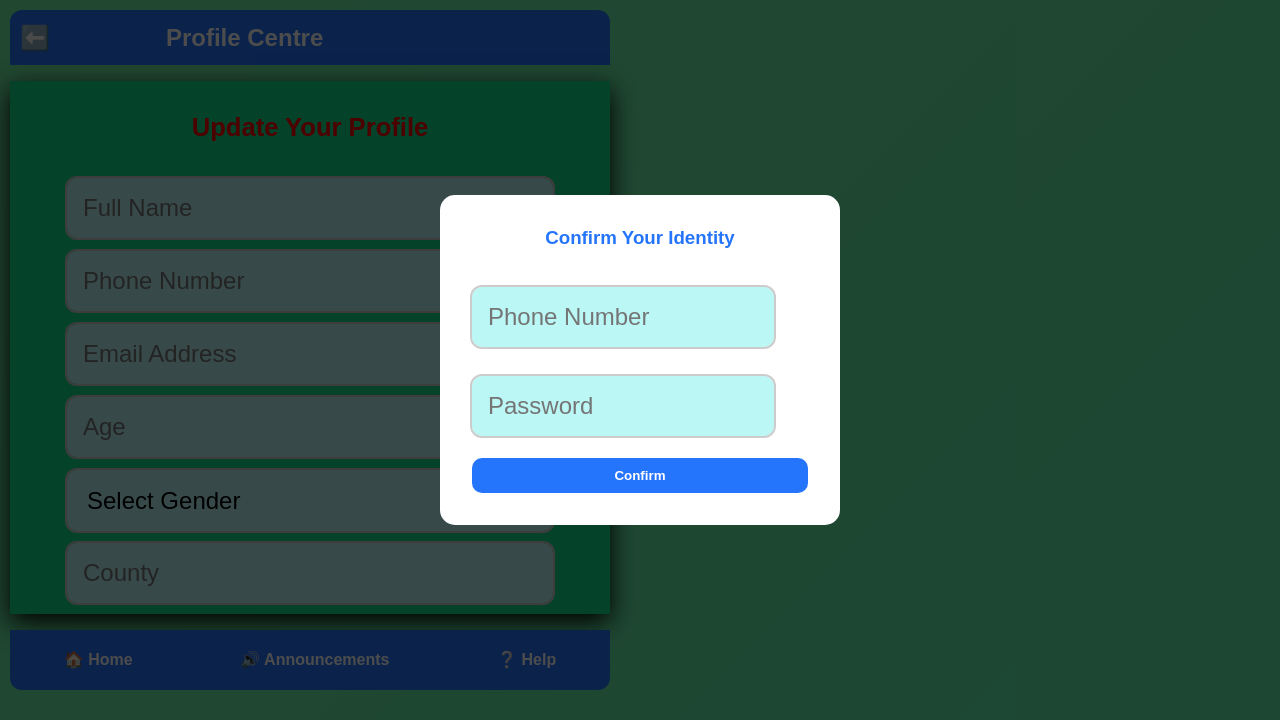
Repository: Amani-Kibet/express-app-web
Page: pages/profileCentre.html
The author's editor kept a copy of each file at every save. The page is drawn from the files as they stood at one save, then again after the next save.
The browser window is 1280 px wide. The pictures show the whole page.
An inner scrolling area shows only its first screen.

Above is the page before, as saved 2025-10-08 17:00:43.

After the next save:
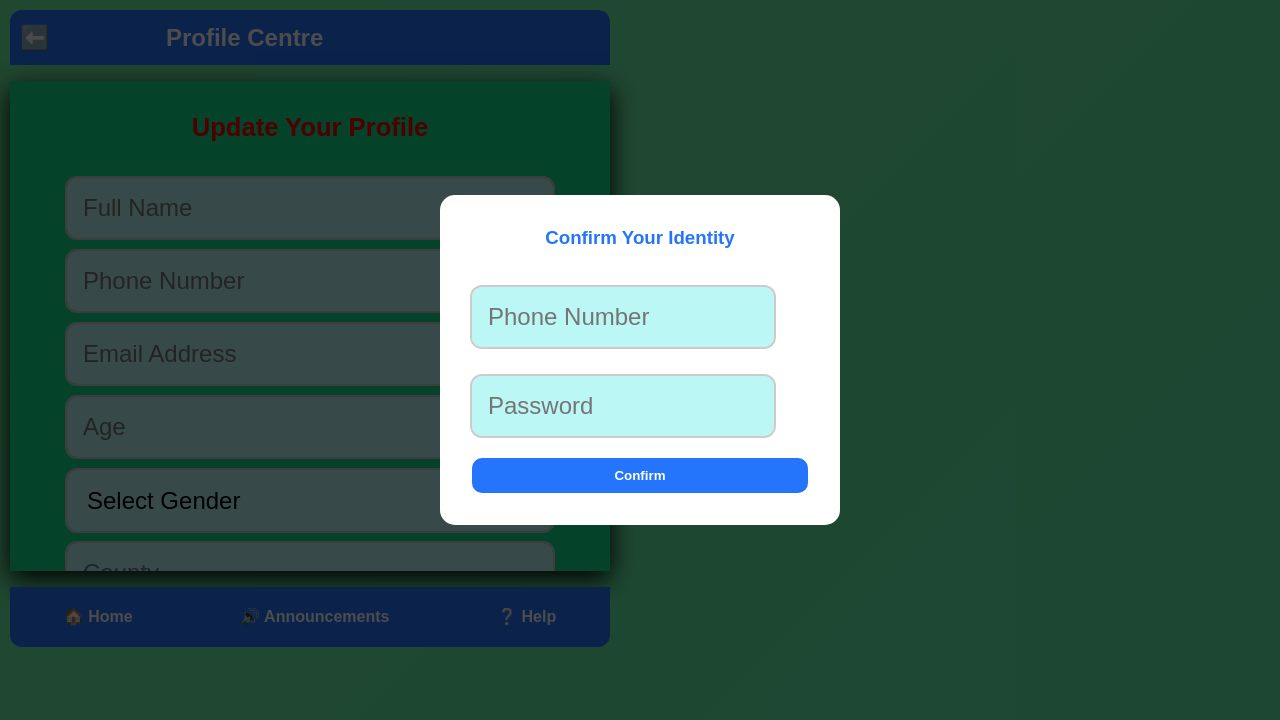
Saved 76 s later.
--- a/pages/profileCentre.html
+++ b/pages/profileCentre.html
@@ -24,13 +24,16 @@ body {
 
 /* Board */
 #board {
-  width:100%; max-width:600px; display:flex; flex-direction:column; align-items:center;
+  width:100%;
+  max-width:600px;
+  display:flex; flex-direction:column; align-items:center;
   flex:1; overflow-y:auto; padding:2rem 0; box-shadow:0 8px 25px black;
-  background: rgba(13, 221, 141, 0.95); max-height:74vh;
+  background: rgba(13, 221, 141, 0.95); max-height:68vh;
 }
 
 /* Form */
 form { width:90%; display:flex; flex-direction:column; align-items:center; }
+
 h2 { color:red; font-size:1.6rem; margin-bottom:5%; }
 
 /* Inputs */
